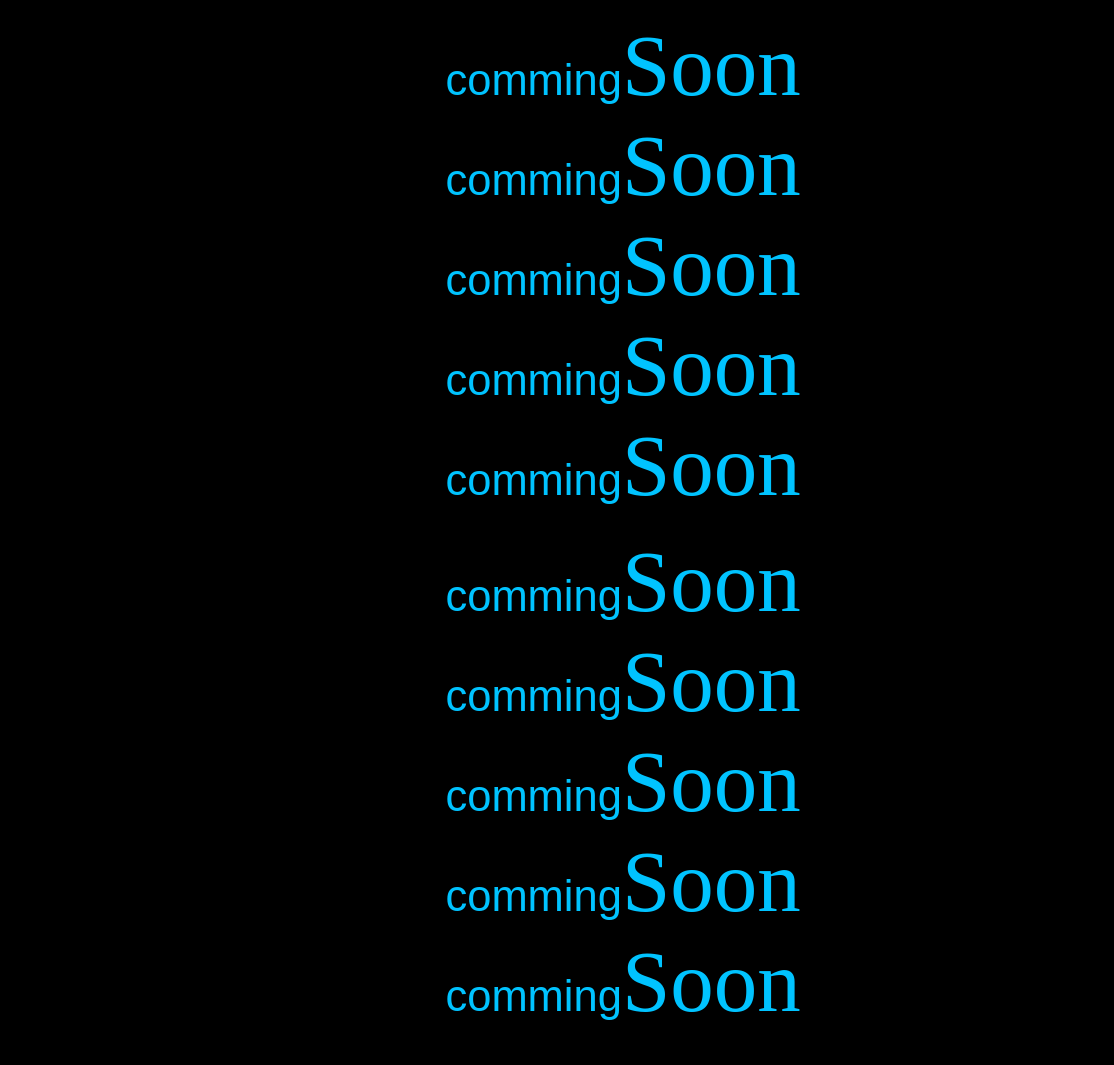
Repository: ktisakib/ktisakib.github.io
Page: index.html
The author's editor kept a copy of each file at every save. The page is drawn from the files as they stood at one save, then again after the next save.
The browser window is 1280 px wide. The pictures show the whole page, at 87% of full size.
Some web fonts or font styles are not loaded; a fallback is used.

Above is the page before, as saved 2021-03-01 22:26:09.

### index.html
<<<<<<< HEAD
<!DOCTYPE html>
<html lang="en">
<head>
    <meta charset="UTF-8">
    <meta http-equiv="X-UA-Compatible" content="IE=edge">
    <meta name="viewport" content="width=device-width, initial-scale=1.0">
    <title>KTI SAKIB</title>
    <link rel="stylesheet" href="sass/style.css">
</head>
<body>
    <p>     comming<span>Soon</span>
            comming<span>Soon</span>
            comming<span>Soon</span>
            comming<span>Soon</span>
            comming<span>Soon</span>
    </P>
</body>
=======
<!DOCTYPE html>
<html lang="en">
<head>
    <meta charset="UTF-8">
    <meta http-equiv="X-UA-Compatible" content="IE=edge">
    <meta name="viewport" content="width=device-width, initial-scale=1.0">
    <title>KTI SAKIB</title>
    <link rel="stylesheet" href="sass/style.css">
</head>
<body>
    <p>     comming<span>Soon</span>
            comming<span>Soon</span>
            comming<span>Soon</span>
            comming<span>Soon</span>
            comming<span>Soon</span>
    </P>
</body>
>>>>>>> 2db9f4c66627db1cc1cd9e6dc0636e0ca004ba3d
</html>

### sass/style.css
@import url("https://fonts.googleapis.com/css2?family=DotGothic16&display=swap");
@import url("https://fonts.googleapis.com/css2?family=Akaya+Telivigala&display=swap");
* {
  margin: 0;
  padding: 0;
}

body {
  background-color: black;
}

p {
  margin-left: 40%;
  margin-right: 50%;
  -webkit-box-pack: center;
      -ms-flex-pack: center;
          justify-content: center;
  color: #00c3ff;
  font-family: 'DotGothic16', sans-serif;
  font-size: 50px;
}

span {
  font-family: 'Akaya Telivigala', cursive;
  font-size: 100px;
}
/*# sourceMappingURL=style.css.map */

After the next save:
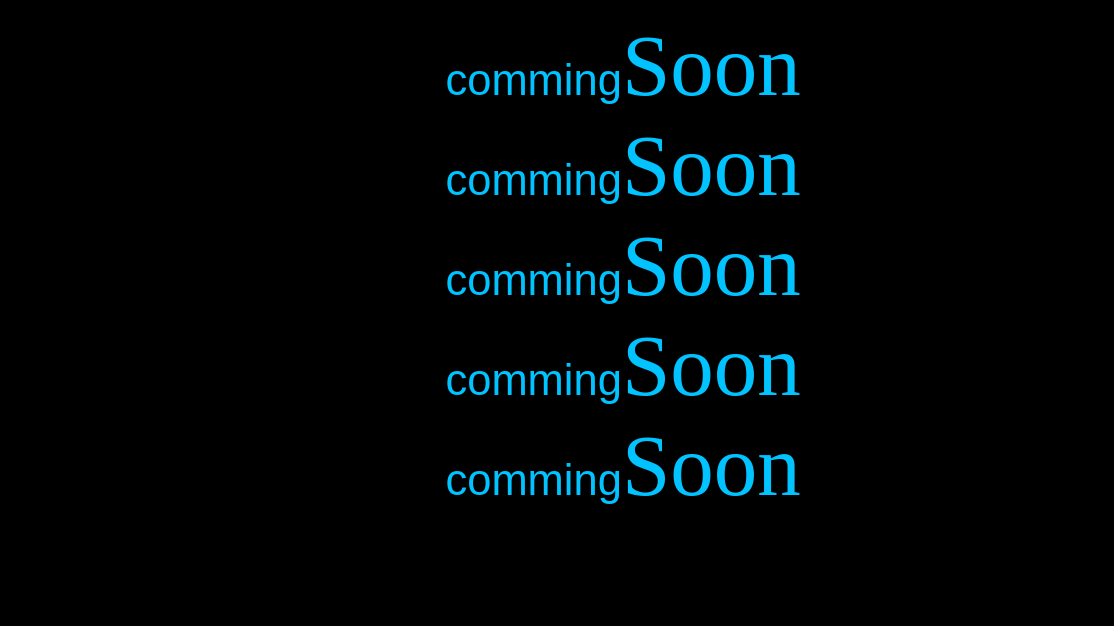
Saved 61 s later.
--- a/index.html
+++ b/index.html
@@ -16,23 +16,5 @@
             comming<span>Soon</span>
     </P>
 </body>
-=======
-<!DOCTYPE html>
-<html lang="en">
-<head>
-    <meta charset="UTF-8">
-    <meta http-equiv="X-UA-Compatible" content="IE=edge">
-    <meta name="viewport" content="width=device-width, initial-scale=1.0">
-    <title>KTI SAKIB</title>
-    <link rel="stylesheet" href="sass/style.css">
-</head>
-<body>
-    <p>     comming<span>Soon</span>
-            comming<span>Soon</span>
-            comming<span>Soon</span>
-            comming<span>Soon</span>
-            comming<span>Soon</span>
-    </P>
-</body>
->>>>>>> 2db9f4c66627db1cc1cd9e6dc0636e0ca004ba3d
+
 </html>
